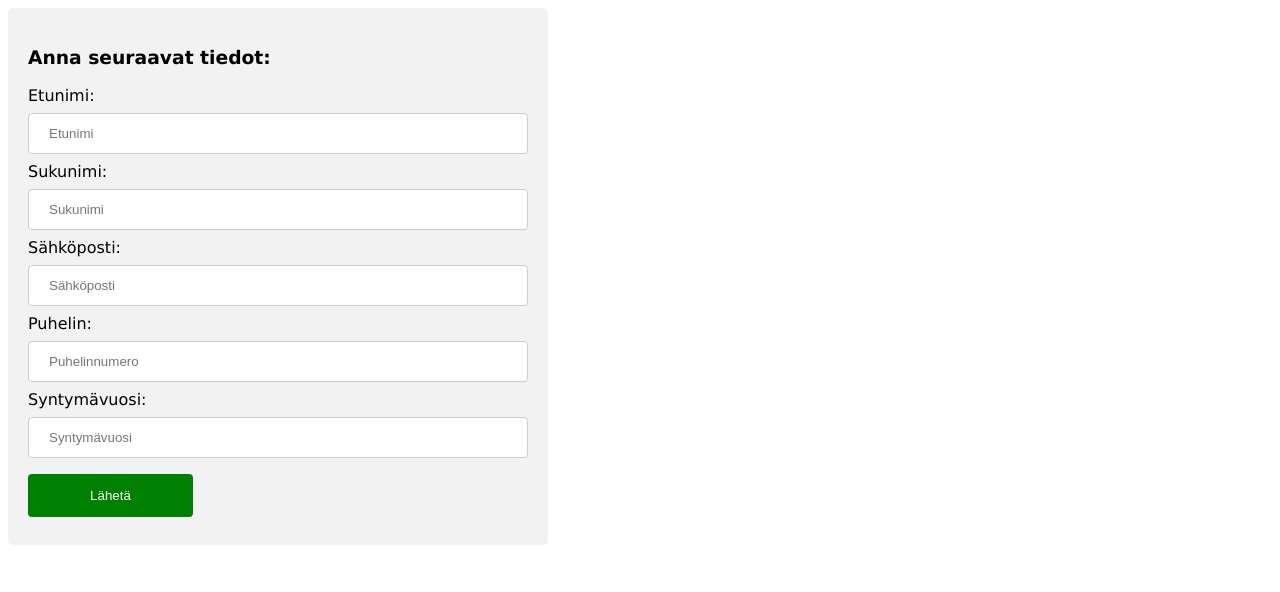
Repository: er-12/tehtava6
Page: http://localhost/t3/kysy.jsp
These files come from the project's save history. The page is drawn as it stood at one moment and after the next save; the edit follows.
The browser window is 1280 px wide. The pictures show the whole page.
The page is served by Tomcat 9.

Above is the page before, as saved 2021-04-17 11:21:40.

After the next save:
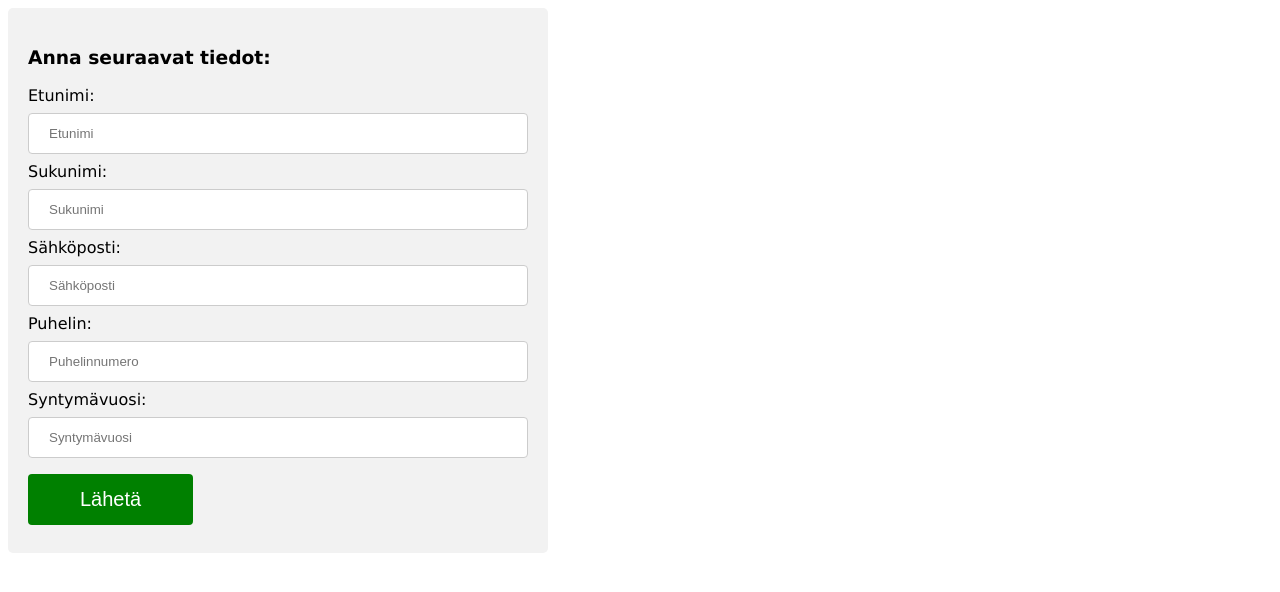
Saved 23 s later.
--- a/t3/WebContent/kysy.jsp
+++ b/t3/WebContent/kysy.jsp
@@ -22,6 +22,7 @@ input[type=submit] {
   margin: 8px 0;
   border: none;
   border-radius: 4px;
+  font-size: 125%;
 }
 div {
   border-radius: 5px;
